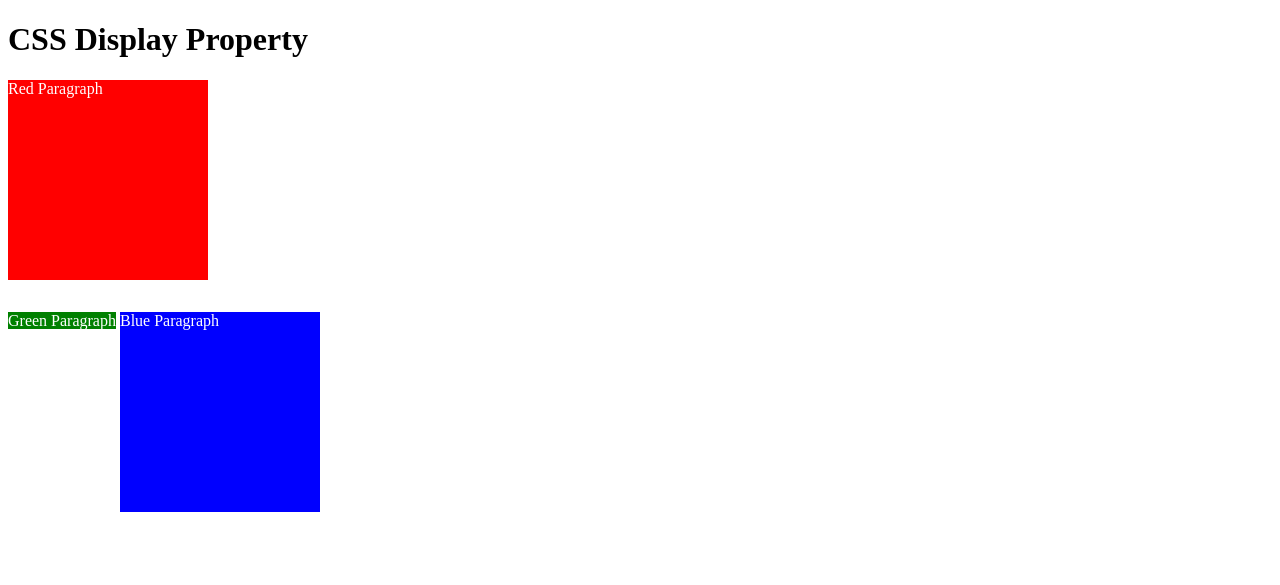
Repository: aniatot/CSS_KT
Page: 3 CSS Display/index.html
The author's editor kept a copy of each file at every save. The page is drawn from the files as they stood at one save, then again after the next save.
The browser window is 1280 px wide. The pictures show the whole page.

Above is the page before, as saved 2023-10-18 21:05:42.

After the next save:
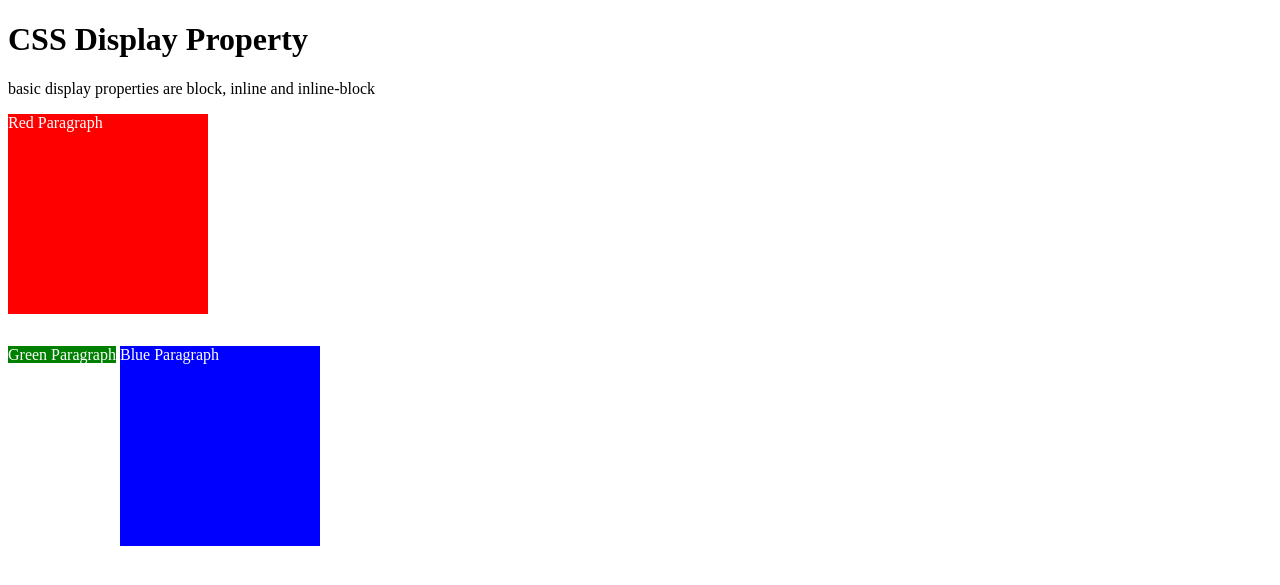
Saved 12 min 21 s later.
--- a/3 CSS Display/index.html
+++ b/3 CSS Display/index.html
@@ -40,7 +40,8 @@
 
 <body>
   <h1>CSS Display Property</h1>
-  <p class="red">Red Paragraph </p>
+  <div> basic display properties are block, inline and inline-block</div>
+  <p class="red">Red Paragraph</p>
   <p class="green">Green Paragraph</p>
   <p class="blue">Blue Paragraph</p>
 </body>
